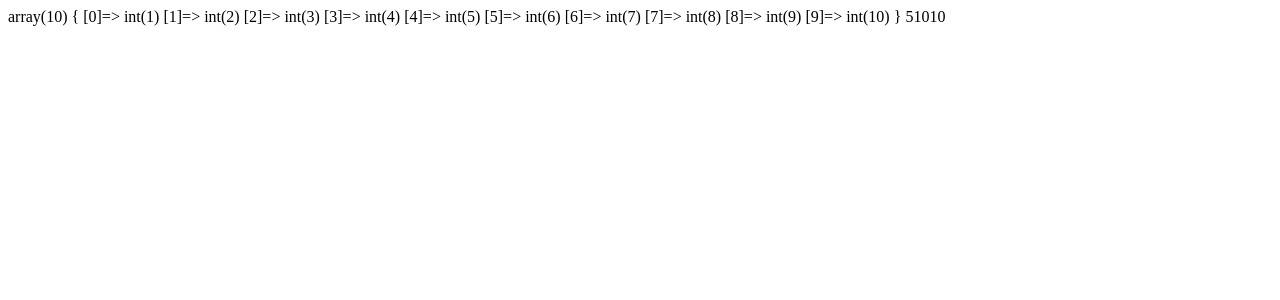
Repository: motiejus1/09-paskaita-PHP-05.31
Page: http://localhost/masyvoelementutrynimas.php
The author's editor kept a copy of each file at every save. The page is drawn from the files as they stood at one save, then again after the next save.
The browser window is 1280 px wide. The pictures show the whole page.
The page is run by PHP 8.4 with error messages shown; the project is at /var/www/html/.

Above is the page before, as saved 2021-08-04 18:34:44.

After the next save:
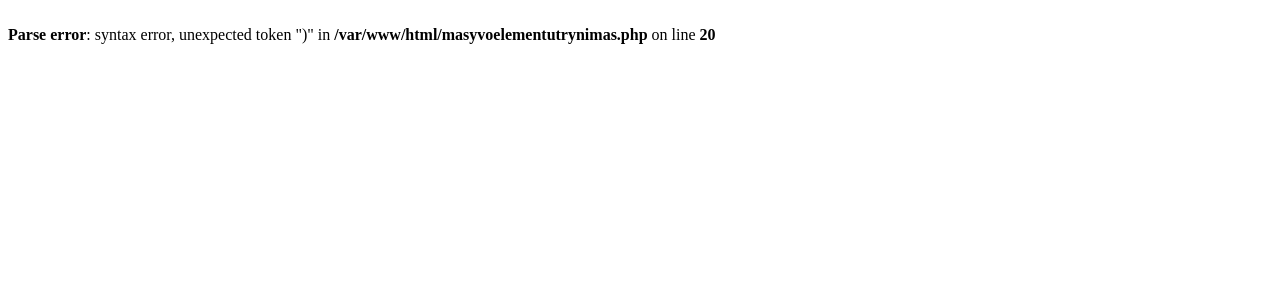
Saved 5 s later.
--- a/masyvoelementutrynimas.php
+++ b/masyvoelementutrynimas.php
@@ -17,6 +17,6 @@
 echo $masyvas[9];//10
 
 unset($masyvas[4]);
-
+unset()
 
 ?>

After the 2 saves that followed:
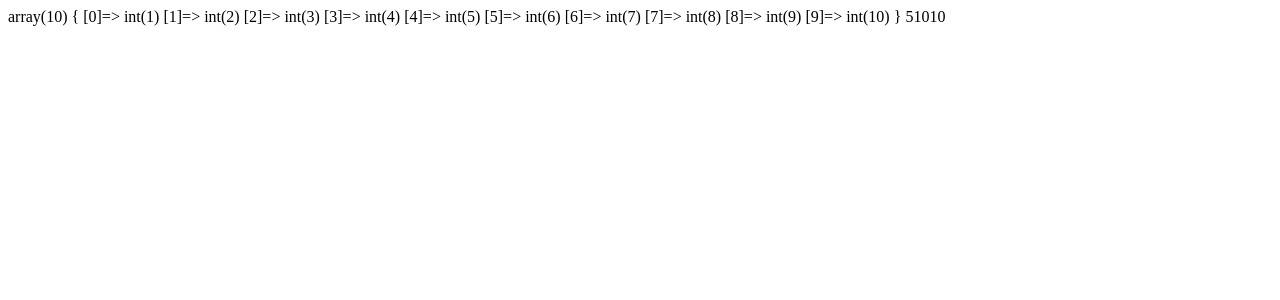
The 2 saves are shown as one change because they came seconds apart.
The last was saved 9 s later.
--- a/masyvoelementutrynimas.php
+++ b/masyvoelementutrynimas.php
@@ -17,6 +17,6 @@
 echo $masyvas[9];//10
 
 unset($masyvas[4]);
-unset()
+unset($masyvas[$elementuSkaiciusMasyve-1]);
 
 ?>
